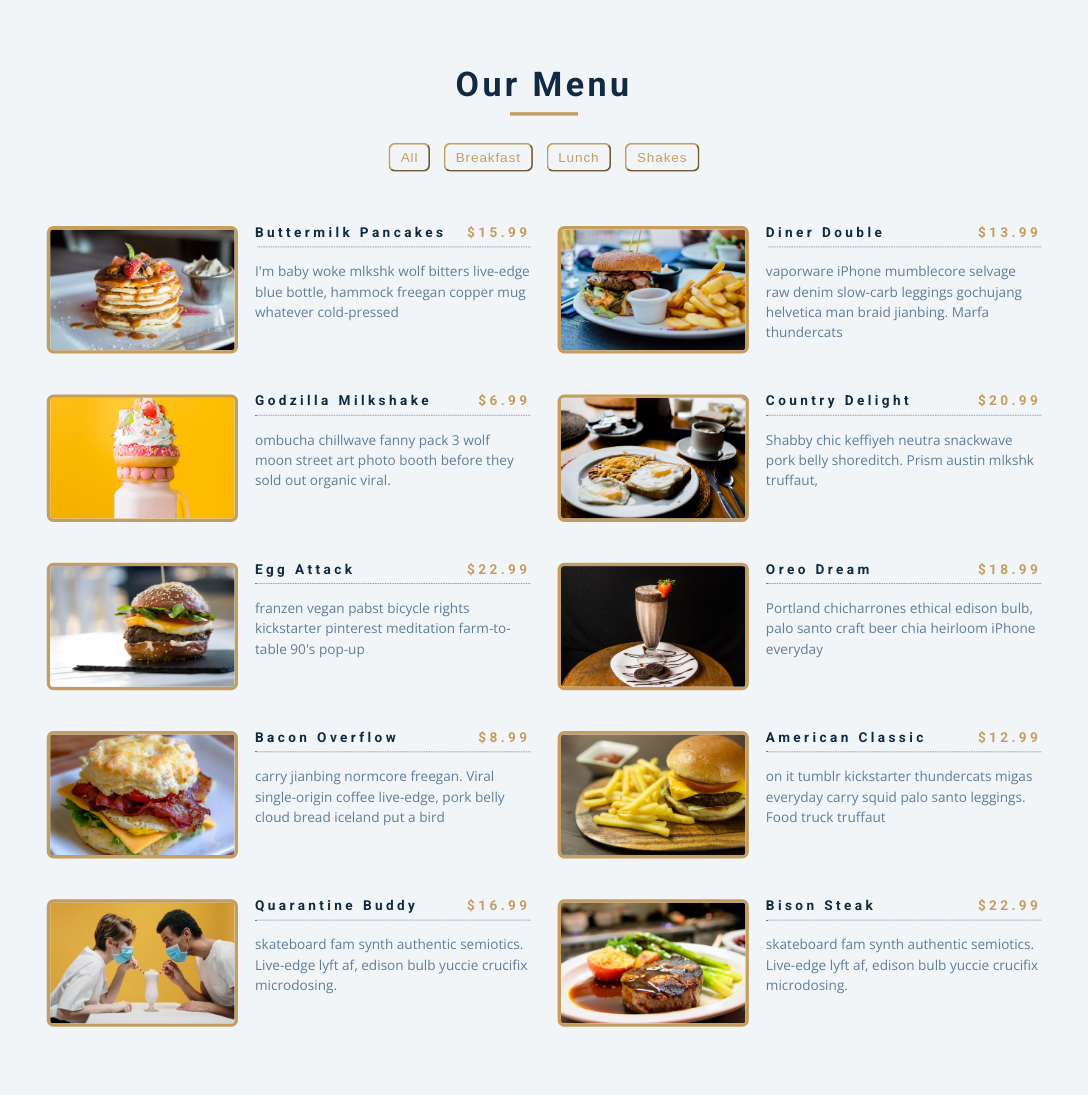
Repository: Hasmik-icml/menuFilter
Page: index.html
An editor plug-in stored every save of this project. The page is shown before and after a run of saves, followed by the edit.
The browser window is 1280 px wide. The pictures show the whole page, at 85% of full size.
Some web libraries are served in a nearby version.

Above is the page before, as saved 2022-02-15 13:05:08.

### index.html
<!DOCTYPE html>
<html lang="en">
  <head>
    <meta charset="UTF-8" />
    <meta name="viewport" content="width=device-width, initial-scale=1.0" />
    <title>Starter</title>
    <!-- font-awesome -->
    <link
      rel="stylesheet"
      href="https://cdnjs.cloudflare.com/ajax/libs/font-awesome/5.14.0/css/all.min.css"
    />
    <!-- styles -->
    <link rel="stylesheet" href="styles.css" />
  </head>
  <body>
    <section class="menu">
      <!-- title -->
      <div class="title">
        <h2>our menu</h2>
        <div class="underline"></div>
      </div>
      <!-- filter buttons -->
      <div class="btn-container">
        <!-- <button type="button" class="filter-btn" data-id="all">all</button>
          <button type="button" class="filter-btn" data-id="breakfast">
            breakfast
          </button>
          <button type="button" class="filter-btn" data-id="lunch">lunch</button>
          <button type="button" class="filter-btn" data-id="shakes">
            shakes
          </button> -->
      </div>
      <!-- menu items -->
      <div class="section-center">
        <!-- single item -->
        <article class="menu-item">
          <img src="./menu-item.jpeg" alt="menu item" class="photo" />
          <div class="item-info">
            <header>
              <h4>buttermilk pancakes</h4>
              <h4 class="price">$15</h4>
            </header>
            <p class="item-text">
              Lorem ipsum dolor sit amet consectetur adipisicing elit.
              Repudiandae, sint quam. Et reprehenderit fugiat nesciunt inventore
              laboriosam excepturi! Quo, officia.
            </p>
          </div>
        </article>
        <!-- end of single item -->
        <!-- single item -->
        <article class="menu-item">
          <img src="./menu-item.jpeg" alt="menu item" class="photo" />
          <div class="item-info">
            <header>
              <h4>buttermilk pancakes</h4>
              <h4 class="price">$15</h4>
            </header>
            <p class="item-text">
              Lorem ipsum dolor sit amet consectetur adipisicing elit.
              Repudiandae, sint quam. Et reprehenderit fugiat nesciunt inventore
              laboriosam excepturi! Quo, officia.
            </p>
          </div>
        </article>
        <!-- end of single item -->
        <!-- single item -->
        <article class="menu-item">
          <img src="./menu-item.jpeg" alt="menu item" class="photo" />
          <div class="item-info">
            <header>
              <h4>buttermilk pancakes</h4>
              <h4 class="price">$15</h4>
            </header>
            <p class="item-text">
              Lorem ipsum dolor sit amet consectetur adipisicing elit.
              Repudiandae, sint quam. Et reprehenderit fugiat nesciunt inventore
              laboriosam excepturi! Quo, officia.
            </p>
          </div>
        </article>
        <!-- end of single item -->
      </div>
    </section>
    <!-- javascript -->
    <script type="module" src="./app.js"></script>
  </body>
</html>

### styles.css
/*
===============
Fonts
===============
*/
@import url("https://fonts.googleapis.com/css?family=Open+Sans|Roboto:400,700&display=swap");

/*
===============
Variables
===============
*/

:root {
  /* dark shades of primary color*/
  --clr-primary-1: hsl(205, 86%, 17%);
  --clr-primary-2: hsl(205, 77%, 27%);
  --clr-primary-3: hsl(205, 72%, 37%);
  --clr-primary-4: hsl(205, 63%, 48%);
  /* primary/main color */
  --clr-primary-5: #49a6e9;
  /* lighter shades of primary color */
  --clr-primary-6: hsl(205, 89%, 70%);
  --clr-primary-7: hsl(205, 90%, 76%);
  --clr-primary-8: hsl(205, 86%, 81%);
  --clr-primary-9: hsl(205, 90%, 88%);
  --clr-primary-10: hsl(205, 100%, 96%);
  /* darkest grey - used for headings */
  --clr-grey-1: hsl(209, 61%, 16%);
  --clr-grey-2: hsl(211, 39%, 23%);
  --clr-grey-3: hsl(209, 34%, 30%);
  --clr-grey-4: hsl(209, 28%, 39%);
  /* grey used for paragraphs */
  --clr-grey-5: hsl(210, 22%, 49%);
  --clr-grey-6: hsl(209, 23%, 60%);
  --clr-grey-7: hsl(211, 27%, 70%);
  --clr-grey-8: hsl(210, 31%, 80%);
  --clr-grey-9: hsl(212, 33%, 89%);
  --clr-grey-10: hsl(210, 36%, 96%);
  --clr-white: #fff;
  --clr-red-dark: hsl(360, 67%, 44%);
  --clr-red-light: hsl(360, 71%, 66%);
  --clr-green-dark: hsl(125, 67%, 44%);
  --clr-green-light: hsl(125, 71%, 66%);
  --clr-gold: #c59d5f;
  --clr-black: #222;
  --ff-primary: "Roboto", sans-serif;
  --ff-secondary: "Open Sans", sans-serif;
  --transition: all 0.3s linear;
  --spacing: 0.25rem;
  --radius: 0.5rem;
  --light-shadow: 0 5px 15px rgba(0, 0, 0, 0.1);
  --dark-shadow: 0 5px 15px rgba(0, 0, 0, 0.2);
  --max-width: 1170px;
  --fixed-width: 620px;
}
/*
===============
Global Styles
===============
*/

*,
::after,
::before {
  margin: 0;
  padding: 0;
  box-sizing: border-box;
}
body {
  font-family: var(--ff-secondary);
  background: var(--clr-grey-10);
  color: var(--clr-grey-1);
  line-height: 1.5;
  font-size: 0.875rem;
}
ul {
  list-style-type: none;
}
a {
  text-decoration: none;
}
img:not(.logo) {
  width: 100%;
}
img {
  display: block;
}

h1,
h2,
h3,
h4 {
  letter-spacing: var(--spacing);
  text-transform: capitalize;
  line-height: 1.25;
  margin-bottom: 0.75rem;
  font-family: var(--ff-primary);
}
h1 {
  font-size: 3rem;
}
h2 {
  font-size: 2rem;
}
h3 {
  font-size: 1.25rem;
}
h4 {
  font-size: 0.875rem;
}
p {
  margin-bottom: 1.25rem;
  color: var(--clr-grey-5);
}
@media screen and (min-width: 800px) {
  h1 {
    font-size: 4rem;
  }
  h2 {
    font-size: 2.5rem;
  }
  h3 {
    font-size: 1.75rem;
  }
  h4 {
    font-size: 1rem;
  }
  body {
    font-size: 1rem;
  }
  h1,
  h2,
  h3,
  h4 {
    line-height: 1;
  }
}
/*  global classes */

.btn {
  text-transform: uppercase;
  background: transparent;
  color: var(--clr-black);
  padding: 0.375rem 0.75rem;
  letter-spacing: var(--spacing);
  display: inline-block;
  transition: var(--transition);
  font-size: 0.875rem;
  border: 2px solid var(--clr-black);
  cursor: pointer;
  box-shadow: 0 1px 3px rgba(0, 0, 0, 0.2);
  border-radius: var(--radius);
}
.btn:hover {
  color: var(--clr-white);
  background: var(--clr-black);
}
/* section */
.section {
  padding: 5rem 0;
}

main {
  min-height: 100vh;
  display: grid;
  place-items: center;
}
/*
===============
Menu
===============
*/

.menu {
  padding: 5rem 0;
}
.title {
  text-align: center;
  margin-bottom: 2rem;
}
.underline {
  width: 5rem;
  height: 0.25rem;
  background: var(--clr-gold);
  margin-left: auto;
  margin-right: auto;
}
.btn-container {
  margin-bottom: 4rem;
  display: flex;
  justify-content: center;
}
.filter-btn {
  background: transparent;
  border-color: var(--clr-gold);
  font-size: 1rem;
  text-transform: capitalize;
  margin: 0 0.5rem;
  letter-spacing: 1px;
  border-radius: var(--radius);
  padding: 0.375rem 0.75rem;
  color: var(--clr-gold);
  cursor: pointer;
  transition: var(--transition);
}
.filter-btn:hover {
  background: var(--clr-gold);
  color: var(--clr-white);
}
.section-center {
  width: 90vw;
  margin: 0 auto;
  max-width: 1170px;
  display: grid;
  gap: 3rem 2rem;
  justify-items: center;
}
.menu-item {
  display: grid;
  gap: 1rem 2rem;
  max-width: 25rem;
}
.photo {
  object-fit: cover;
  height: 200px;
  border: 0.25rem solid var(--clr-gold);
  border-radius: var(--radius);
}
.item-info header {
  display: flex;
  justify-content: space-between;
  border-bottom: 0.5px dotted var(--clr-grey-5);
}
.item-info h4 {
  margin-bottom: 0.5rem;
}
.price {
  color: var(--clr-gold);
}
.item-text {
  margin-bottom: 0;
  padding-top: 1rem;
}

@media screen and (min-width: 768px) {
  .menu-item {
    grid-template-columns: 225px 1fr;
    gap: 0 1.25rem;
    max-width: 40rem;
  }
  .photo {
    height: 175px;
  }
}
@media screen and (min-width: 1200px) {
  .section-center {
    width: 95vw;
    grid-template-columns: 1fr 1fr;
  }
  .photo {
    height: 150px;
  }
}

### app.js
import {
  menu
} from "./data.js";

// get parent element
const sectionCenter = document.querySelector(".section-center");
const btnContainer = document.querySelector(".btn-container");



// display all items when page loads
window.addEventListener("DOMContentLoaded", function () {
  displayMenuItems(menu);
  displayMenuButtons();
});


function displayMenuItems(menuItems) {
  let displayMenu = menuItems.map(function (item) {
    // console.log(item);

    return `<article class="menu-item">
            <img src=${item.img} alt=${item.title} class="photo" />
            <div class="item-info">
              <header>
                <h4>${item.title}</h4>
                <h4 class="price">$${item.price}</h4>
              </header>
              <p class="item-text">
                ${item.desc}
              </p>
            </div>
          </article>`;
  });
  displayMenu = displayMenu.join("");
  // console.log(displayMenu);

  sectionCenter.innerHTML = displayMenu;
}

function displayMenuButtons() {
  btnContainer.innerHTML +=
    `<button type="button" class="filter-btn" data-id="all">all</button>
  <button type="button" class="filter-btn" data-id="breakfast">
    breakfast
  </button>
  <button type="button" class="filter-btn" data-id="lunch">lunch</button>
  <button type="button" class="filter-btn" data-id="shakes">shakes
  </button>`
  const btn = document.querySelectorAll(".filter-btn");
  btn.forEach(item => {
    item.addEventListener("click", function () {
      let filterItem = item.getAttribute("data-id");
      if (filterItem !== "all") {
        let filteredMenu = menu.filter(filterByName => {
          return filterByName.category === filterItem;
        })
        displayMenuItems(filteredMenu);
      } else {
        displayMenuItems(menu);
      }
    })
  })

}

### data.js
export const menu = [
  {
    id: 1,
    title: "buttermilk pancakes",
    category: "breakfast",
    price: 15.99,
    img: "./images/item-1.jpeg",
    desc: `I'm baby woke mlkshk wolf bitters live-edge blue bottle, hammock freegan copper mug whatever cold-pressed `,
  },
  {
    id: 2,
    title: "diner double",
    category: "lunch",
    price: 13.99,
    img: "./images/item-2.jpeg",
    desc: `vaporware iPhone mumblecore selvage raw denim slow-carb leggings gochujang helvetica man braid jianbing. Marfa thundercats `,
  },
  {
    id: 3,
    title: "godzilla milkshake",
    category: "shakes",
    price: 6.99,
    img: "./images/item-3.jpeg",
    desc: `ombucha chillwave fanny pack 3 wolf moon street art photo booth before they sold out organic viral.`,
  },
  {
    id: 4,
    title: "country delight",
    category: "breakfast",
    price: 20.99,
    img: "./images/item-4.jpeg",
    desc: `Shabby chic keffiyeh neutra snackwave pork belly shoreditch. Prism austin mlkshk truffaut, `,
  },
  {
    id: 5,
    title: "egg attack",
    category: "lunch",
    price: 22.99,
    img: "./images/item-5.jpeg",
    desc: `franzen vegan pabst bicycle rights kickstarter pinterest meditation farm-to-table 90's pop-up `,
  },
  {
    id: 6,
    title: "oreo dream",
    category: "shakes",
    price: 18.99,
    img: "./images/item-6.jpeg",
    desc: `Portland chicharrones ethical edison bulb, palo santo craft beer chia heirloom iPhone everyday`,
  },
  {
    id: 7,
    title: "bacon overflow",
    category: "breakfast",
    price: 8.99,
    img: "./images/item-7.jpeg",
    desc: `carry jianbing normcore freegan. Viral single-origin coffee live-edge, pork belly cloud bread iceland put a bird `,
  },
  {
    id: 8,
    title: "american classic",
    category: "lunch",
    price: 12.99,
    img: "./images/item-8.jpeg",
    desc: `on it tumblr kickstarter thundercats migas everyday carry squid palo santo leggings. Food truck truffaut  `,
  },
  {
    id: 9,
    title: "quarantine buddy",
    category: "shakes",
    price: 16.99,
    img: "./images/item-9.jpeg",
    desc: `skateboard fam synth authentic semiotics. Live-edge lyft af, edison bulb yuccie crucifix microdosing.`,
  },
  {
    id: 10,
    title: "bison steak",
    category: "dinner",
    price: 22.99,
    img: "./images/item-10.jpeg",
    desc: `skateboard fam synth authentic semiotics. Live-edge lyft af, edison bulb yuccie crucifix microdosing.`,
  },
];

After the next 3 saves:
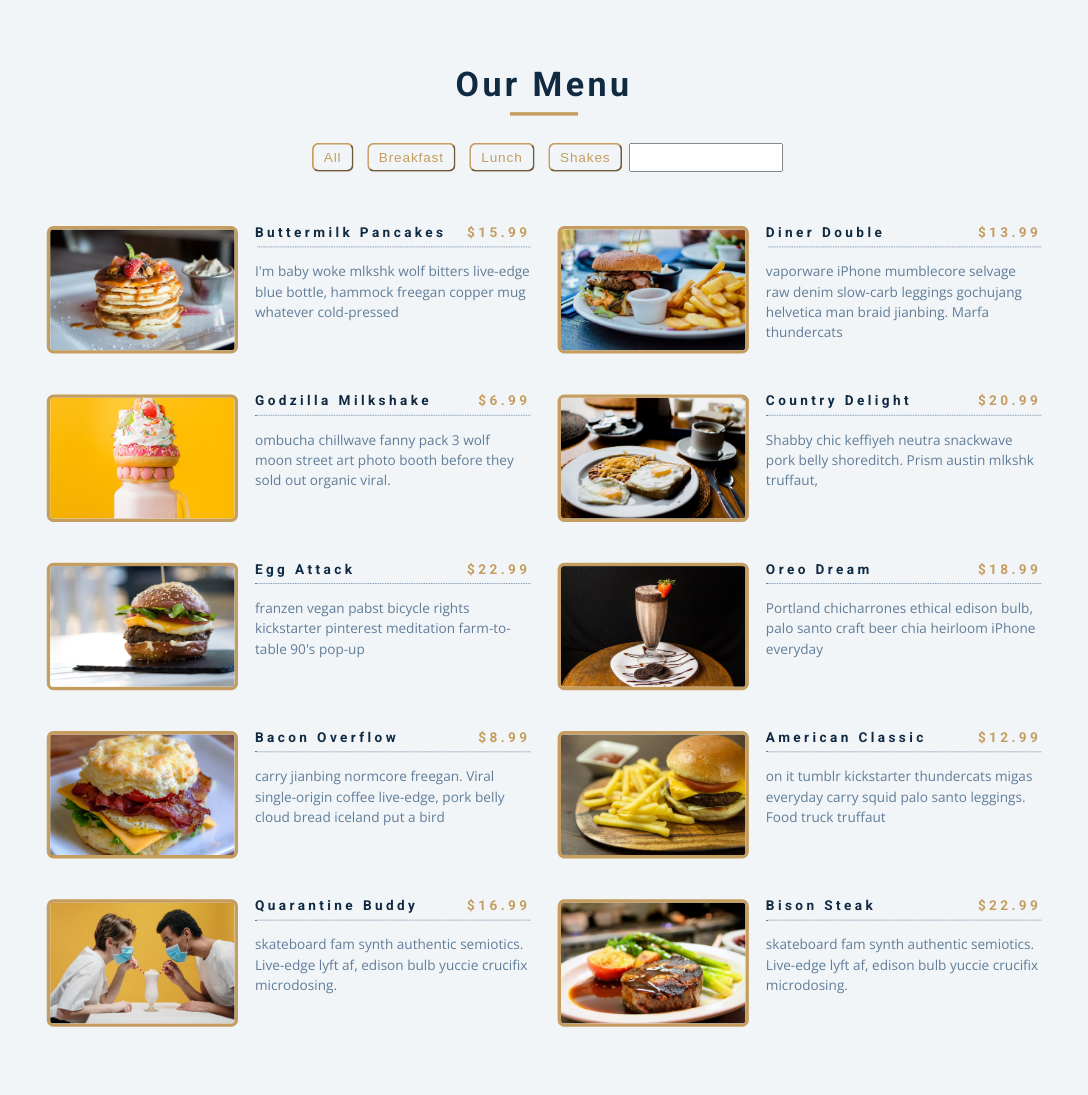
The 3 saves are shown as one change because they came seconds apart.
The last was saved 8 s later.
--- a/app.js
+++ b/app.js
@@ -45,8 +45,8 @@
     breakfast
   </button>
   <button type="button" class="filter-btn" data-id="lunch">lunch</button>
-  <button type="button" class="filter-btn" data-id="shakes">shakes
-  </button>`
+  <button type="button" class="filter-btn" data-id="shakes">shakes</button>
+  <input type="text" name="filter" data-id="filterByWord" id="filterInput">`
   const btn = document.querySelectorAll(".filter-btn");
   btn.forEach(item => {
     item.addEventListener("click", function () {
